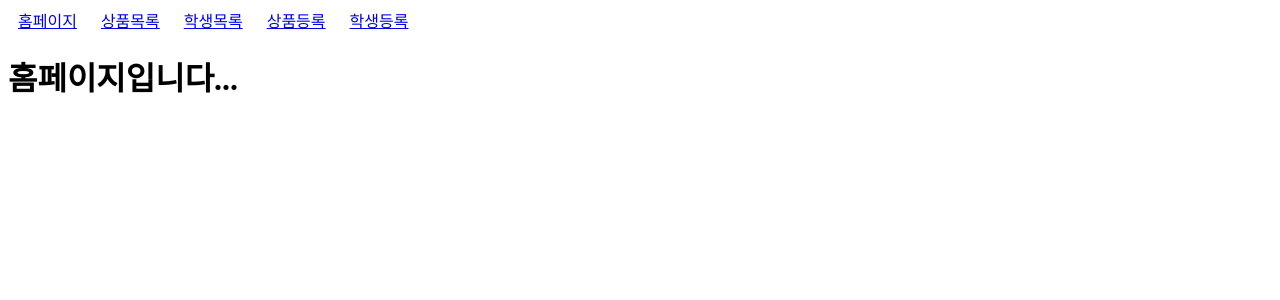
Repository: gwangso/web
Page: http://localhost/ex01/
The author's editor kept a copy of each file at every save. The page is drawn from the files as they stood at one save, then again after the next save.
The browser window is 1280 px wide. The pictures show the whole page.
The page is served by Tomcat 9. Other server files are loaded and not shown.

Above is the page before, as saved 2023-07-24 05:07:12.

### ex01/src/main/webapp/home.jsp
<%@ page language="java" contentType="text/html; charset=UTF-8"
    pageEncoding="UTF-8"%>
<!DOCTYPE html>
<html>
	<head>
		<meta charset="UTF-8">
		<title>홈페이지</title>
		<style>
			a {
				margin:10px;
			}
		</style>
	</head>
<body>
	<div>
		<a href="/">홈페이지</a>
		<a href="/pro/list">상품목록</a>
		<a href="/stu/list">학생목록</a>
		<a href="/pro/insert">상품등록</a>
		<a href="/stu/insert">학생등록</a>
	</div>
	<h1>홈페이지입니다...</h1>


</body>
</html>

### ex01/src/main/java/controller/HomeController.java
package controller;

import java.io.IOException;

import javax.servlet.RequestDispatcher;
import javax.servlet.ServletException;
import javax.servlet.annotation.WebServlet;
import javax.servlet.http.HttpServlet;
import javax.servlet.http.HttpServletRequest;
import javax.servlet.http.HttpServletResponse;

// /라고 치면 get으로 간다.
@WebServlet("/")
public class HomeController extends HttpServlet {
	private static final long serialVersionUID = 1L;

	protected void doGet(HttpServletRequest request, HttpServletResponse response) throws ServletException, IOException {
		RequestDispatcher dis = request.getRequestDispatcher("home.jsp");
		dis.forward(request, response);
	}

	protected void doPost(HttpServletRequest request, HttpServletResponse response) throws ServletException, IOException {

	}

}

After the next save:
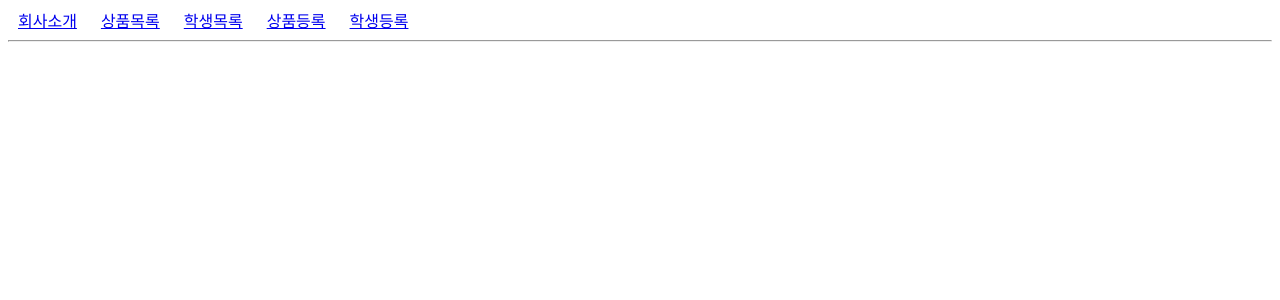
Saved 2 min 11 s later.
--- a/ex01/src/main/webapp/home.jsp
+++ b/ex01/src/main/webapp/home.jsp
@@ -13,14 +13,16 @@
 	</head>
 <body>
 	<div>
-		<a href="/">홈페이지</a>
+		<a href="/">회사소개</a>
 		<a href="/pro/list">상품목록</a>
 		<a href="/stu/list">학생목록</a>
 		<a href="/pro/insert">상품등록</a>
 		<a href="/stu/insert">학생등록</a>
 	</div>
-	<h1>홈페이지입니다...</h1>
+	<hr>
 
 
 </body>
+
+
 </html>
